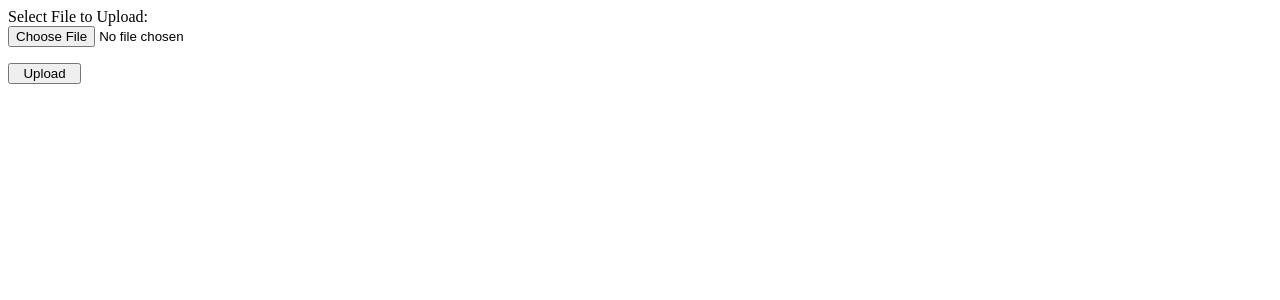
Repository: SvetlanaK367/TrainingJAVA
Page: http://localhost/FinalProject/jsp/fileUpload.jsp
An editor plug-in stored every save of this project. The page is shown before and after the next save, followed by the edit.
The browser window is 1280 px wide. The pictures show the whole page.
The page is served by Tomcat 9.

Above is the page before, as saved 2017-04-02 19:35:34.

After the next save:
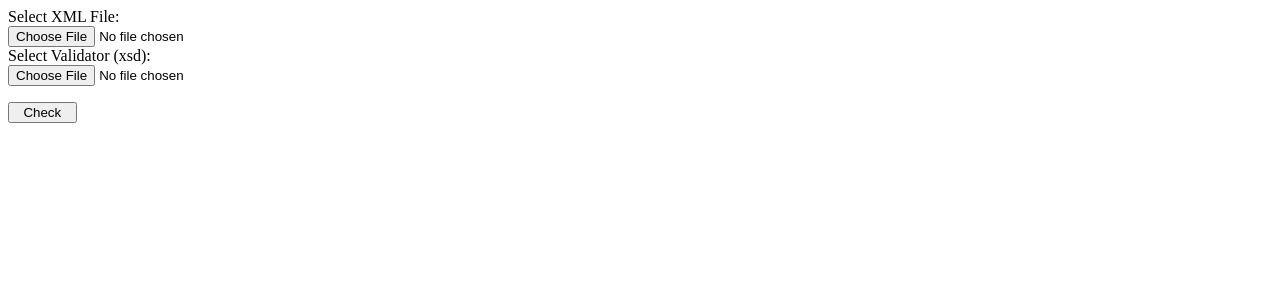
Saved 2 min 3 s later.
--- a/FinalProject/WebContent/jsp/fileUpload.jsp
+++ b/FinalProject/WebContent/jsp/fileUpload.jsp
@@ -8,10 +8,12 @@
 </head>
 <body>
 		<form action="Controller" method="post" enctype="multipart/form-data">
-			<input type="hidden" name="command" value="FileUpload2" />
-            Select File to Upload:<br/>
-            <input type="file" name="fileName" id="file" /> <br/>
-            <p><input type="submit" value="  Upload  " name="upload" id="upload" /></p>
+			<input type="hidden" name="command" value="ValidateSAX" />
+            Select XML File:<br/>
+            <input type="file" name="fileXML" id="file" /> <br/>
+            Select Validator (xsd):<br/>
+            <input type="file" name="fileXSD" id="file" /> <br/>
+            <p><input type="submit" value="  Check  " name="check" /></p>
         </form>
 </body>
 </html>

After the save that followed:
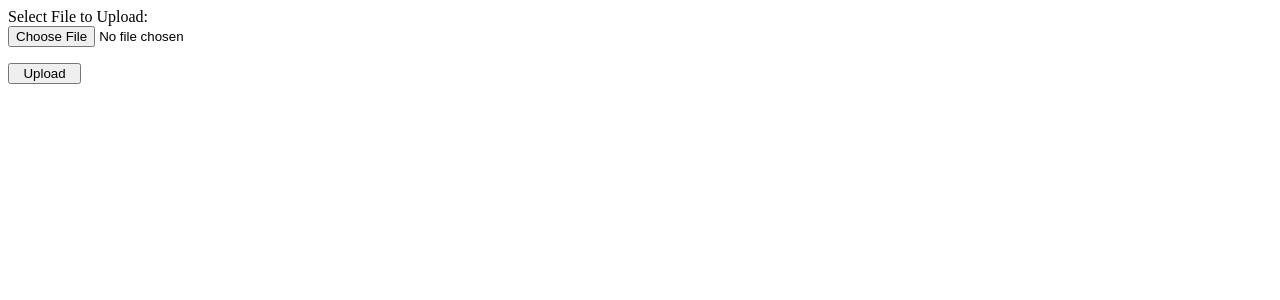
Saved 8 min 12 s later.
--- a/FinalProject/WebContent/jsp/fileUpload.jsp
+++ b/FinalProject/WebContent/jsp/fileUpload.jsp
@@ -8,12 +8,10 @@
 </head>
 <body>
 		<form action="Controller" method="post" enctype="multipart/form-data">
-			<input type="hidden" name="command" value="ValidateSAX" />
-            Select XML File:<br/>
-            <input type="file" name="fileXML" id="file" /> <br/>
-            Select Validator (xsd):<br/>
-            <input type="file" name="fileXSD" id="file" /> <br/>
-            <p><input type="submit" value="  Check  " name="check" /></p>
+			<input type="hidden" name="command" value="FileUpload2" />
+            Select File to Upload:<br/>
+            <input type="file" name="fileName" id="file" /> <br/>
+            <p><input type="submit" value="  Upload  " name="upload" id="upload" /></p>
         </form>
 </body>
 </html>
